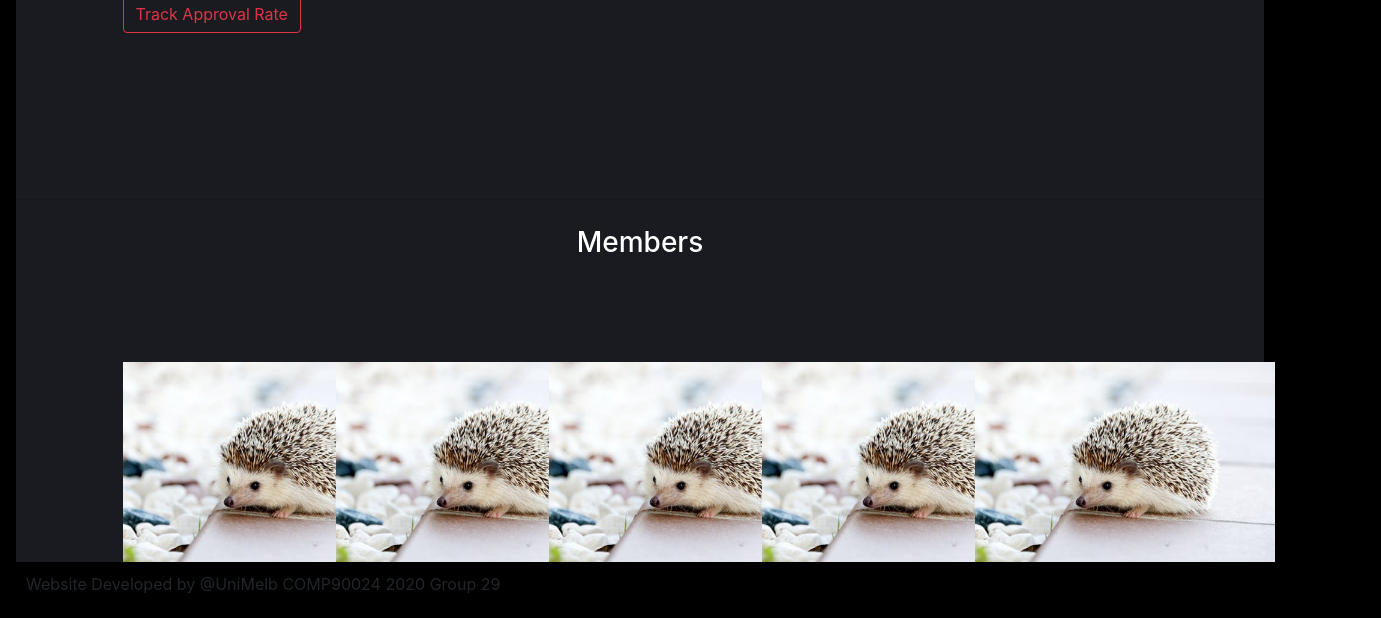
Repository: gusyi/COMP90024_Team29
Page: frontend/templates/frontend/home.html
The author's editor kept a copy of each file at every save. The page is drawn from the files as they stood at one save, then again after the next save.
The browser window is 1280 px wide. The page is 1280 px wide, then 1381 px, so the pictures cover 1381 px, including what lies to the right of the window. The pictures show the part of the page from y = 718 to 1586 px (the page is 1336 px tall before and 1586 px after).
Some web libraries are served in a nearby version. The template is drawn by Django 3.2. The application's start-up code is not run. The template is opened directly, without the code that normally fills it, so the values that code supplies are empty.

Above is the page before, as saved 2020-05-25 23:23:39.

After the next save:
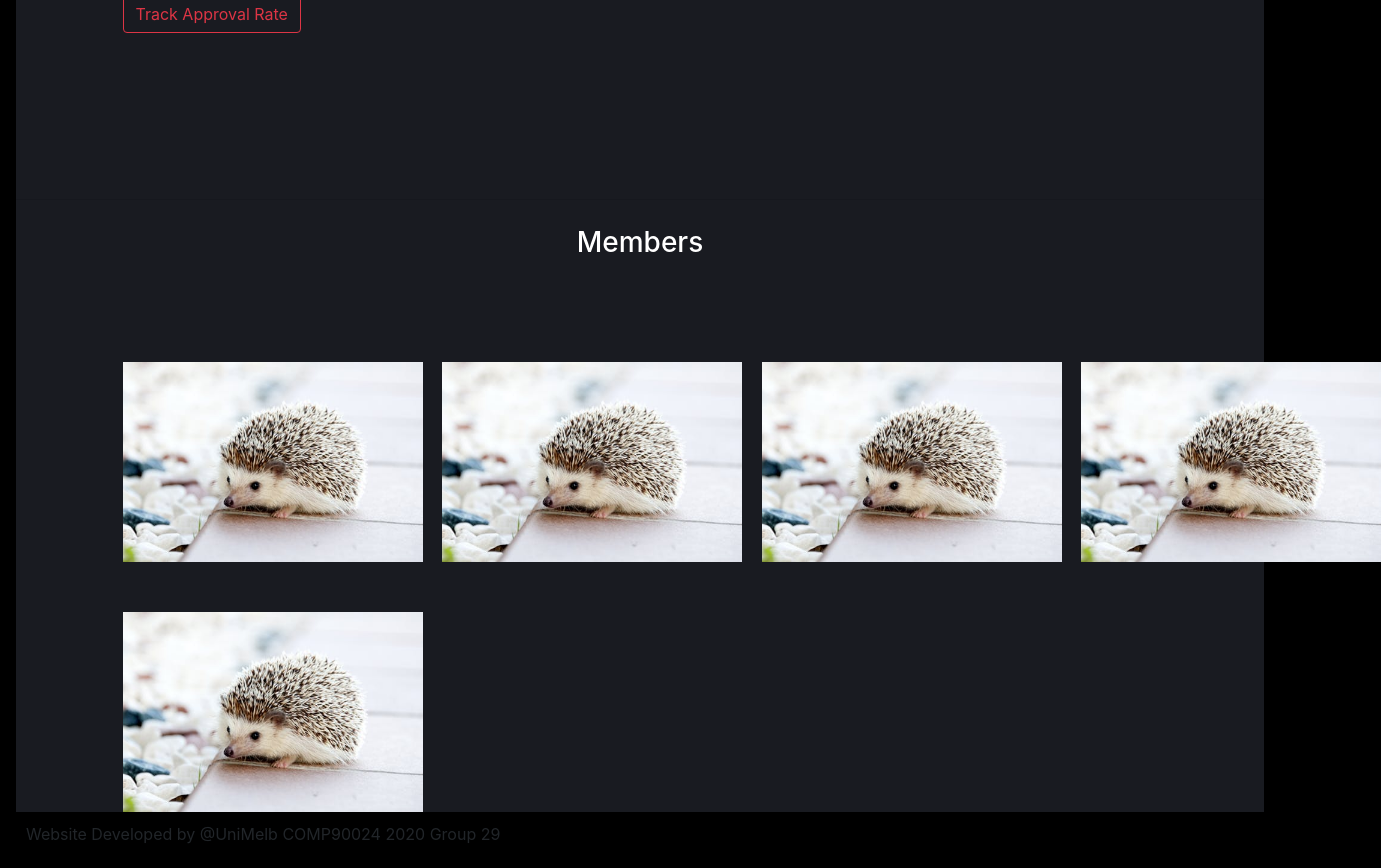
Saved 24 s later.
--- a/backend/frontend/templates/frontend/home.html
+++ b/backend/frontend/templates/frontend/home.html
@@ -51,6 +51,7 @@
 
 
         </div>
+        <div class="col-sm-1"></div>
         <div class="col-sm-2">
             <div style="height: 50px"></div>
             {% load static %}
@@ -58,6 +59,7 @@
 
 
         </div>
+        <div class="col-sm-1"></div>
         <div class="col-sm-2">
             <div style="height: 50px"></div>
             {% load static %}
@@ -65,6 +67,7 @@
 
 
         </div>
+        <div class="col-sm-1"></div>
         <div class="col-sm-2">
             <div style="height: 50px"></div>
             {% load static %}
@@ -72,6 +75,7 @@
 
 
         </div>
+        <div class="col-sm-1"></div>
         <div class="col-sm-2">
             <div style="height: 50px"></div>
             {% load static %}
